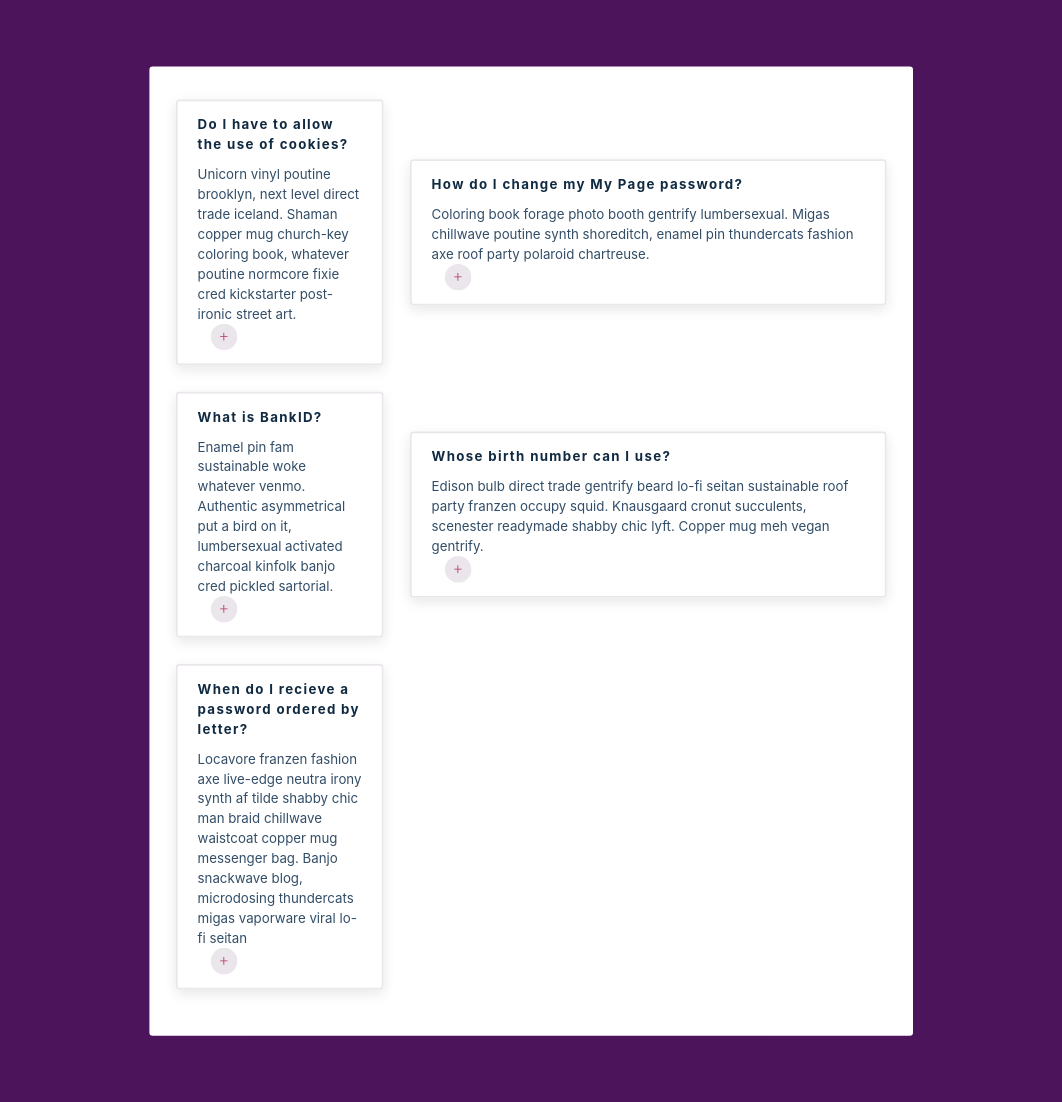
Repository: Reghanoid/Accordion
Page: /
These files come from the project's save history. The page is drawn as it stood at one moment and after the next save; the edit follows.
The browser window is 1280 px wide. The pictures show the whole page, at 83% of full size.
The project was rebuilt for these pictures with package versions that can differ from the ones it lists, and the page was loaded fresh each time.

Above is the page before, as saved 2022-06-06 15:35:31.

After the next save:
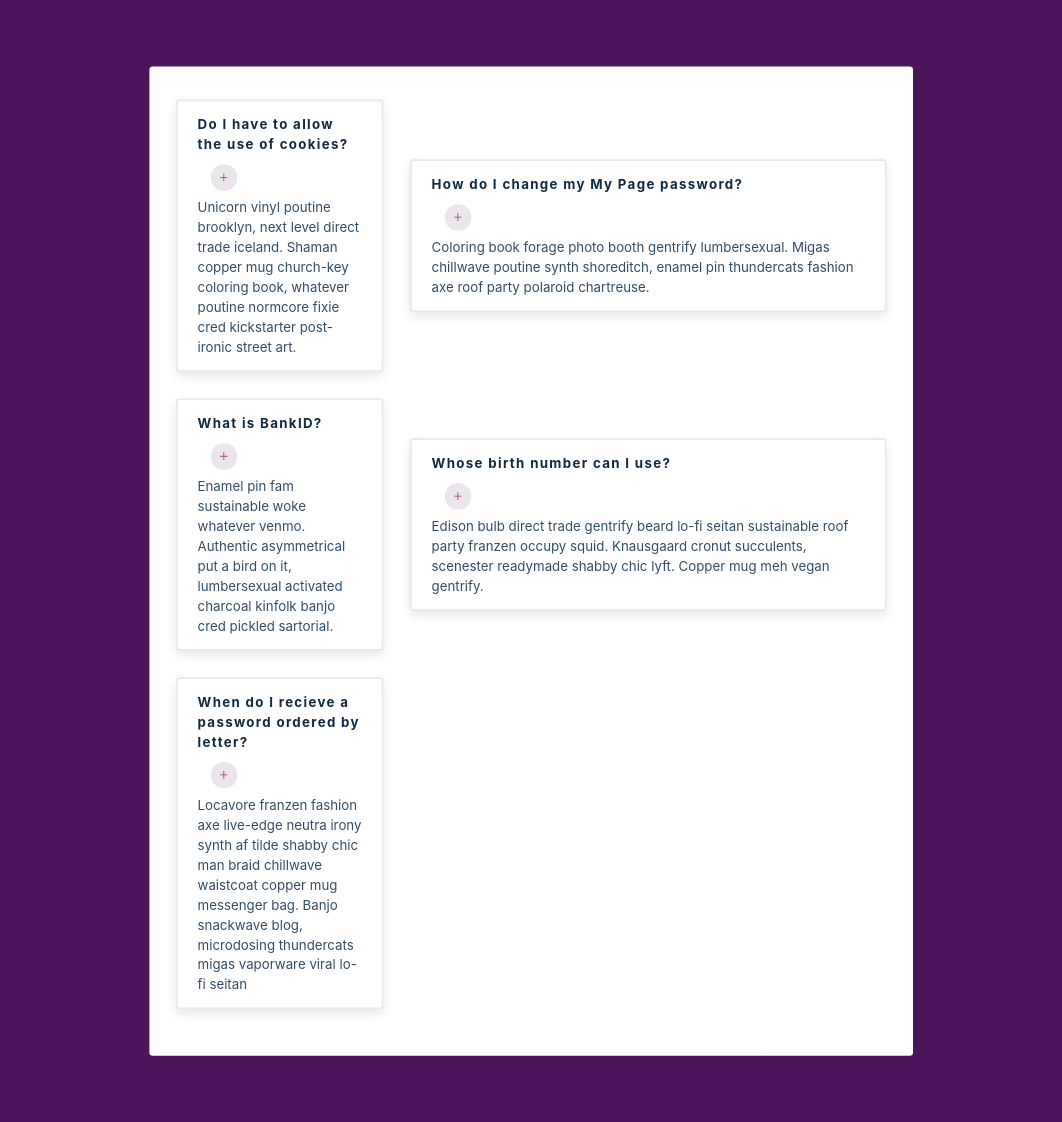
Saved 17 s later.
--- a/src/Question.js
+++ b/src/Question.js
@@ -7,10 +7,10 @@ const Question = (props) => {
     <>
       <section className='question'>
         <h4> {props.title} </h4>
-        <p> {props.info} </p>
         <button className='btn'>
           <AiOutlinePlus />
         </button>
+        <p> {props.info} </p>
       </section>
     </>
   )
